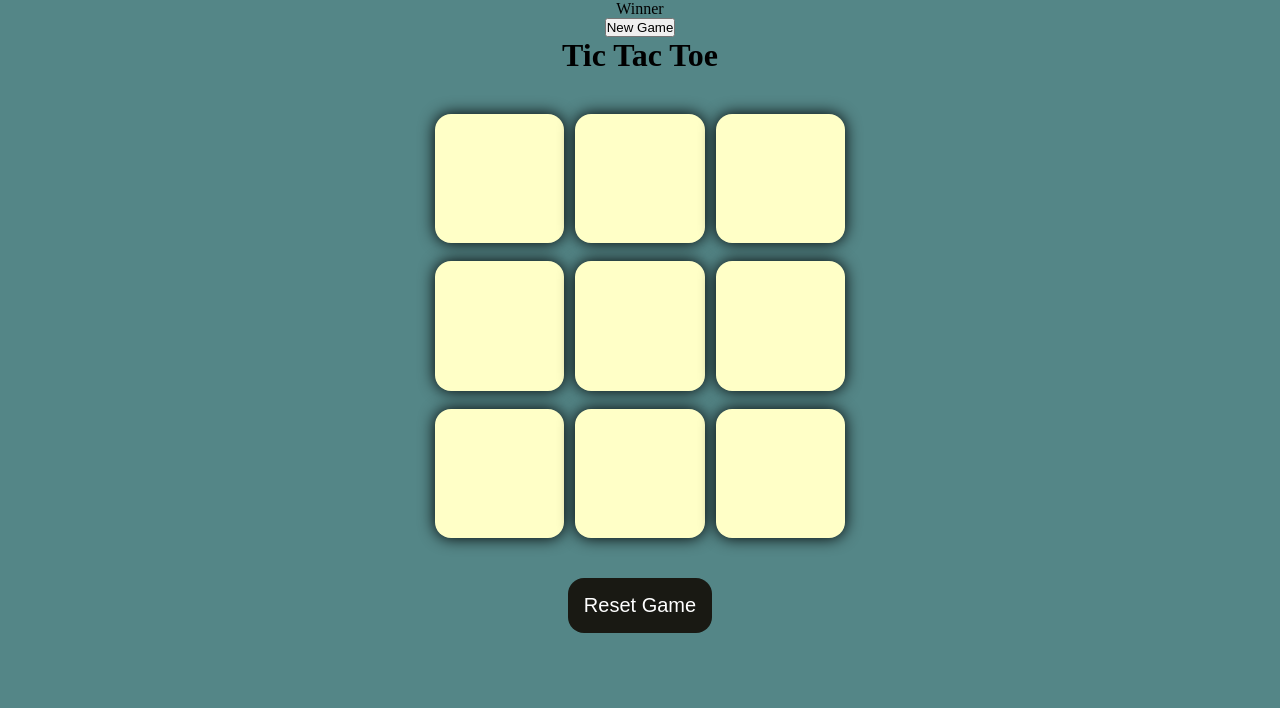
Repository: pankaj-shaw05/Tic-Tac-Toe
Page: index.html
These files come from the project's save history. The page is drawn as it stood at one moment and after the next save; the edit follows.
The browser window is 1280 px wide. The pictures show the whole page.

Above is the page before, as saved 2026-04-07 20:30:08.

### index.html
<!DOCTYPE html>
<html lang="en">
<head>
    <meta charset="UTF-8">
    <meta name="viewport" content="width=device-width, initial-scale=1.0">
    <title>Tic-Tac-Toe Game</title>
    <link rel="stylesheet" href="style.css"/>
</head>
<body>
    <div class="msg-container">
        <p id="msg">Winner</p>
        <button id="new-btn">New Game</button>
    </div>
    <main>
        <h1>Tic Tac Toe</h1>
        <div class="container">
        <div class="game">
            <button class="box"></button>
            <button class="box"></button>
            <button class="box"></button>
            <button class="box"></button>
            <button class="box"></button>
            <button class="box"></button>
            <button class="box"></button>
            <button class="box"></button>
            <button class="box"></button>
        </div>
        </div>
        <button id="reset-btn">Reset Game</button>
    </main>
    <script src="app.js"></script>
</body>
</html>

### style.css
* {
    margin: 0;
    padding: 0;

}

body {
    background-color: #548687;
    text-align: center;
}

.container {
    height: 70vh;
    display: flex;
    justify-content: center;
    align-items: center;
}

.game {
    height: 60vmin;
    width: 60vmin;
    display: flex;
    flex-wrap: wrap;
    justify-content: center;
    align-items: center;
    gap: 1.5vmin;
}

.box {
    height: 18vmin;
    width: 18vmin;
    border-radius: 1rem;
    border: none;
    box-shadow: 0 0 1rem rgba(0,0,0.3);
    font-size: 8vmin;
    color: #b0413e;
    background-color: #ffffc7;
}

#reset-btn {
    padding: 1rem;
    font-size: 1.25rem;
    background-color: #191913;
    color: #fff;
    border-radius: 1rem;
    border: none;
}

### app.js
let boxes = document.querySelectorAll(".box");
let resetBtn =document.querySelector("#reset-btn");

let turnO =true;

const winPatterns = [
    [0, 1, 2],
    [0, 3, 6],
    [0, 4, 8],
    [1, 4, 7],
    [2, 5, 8],
    [2, 4, 6],
    [3, 4, 5],
    [6, 7, 8],
];

boxes.forEach((box) => {
    box.addEventListener("click", () => {
        console.log("box was clicked");
        if(turnO) {
            box.innerText = "O";
            turnO = false;
        }else{
            box.innerText = "X";
            turnO = true;
        }
        box.disabled =true;
        checkWinner();
    });

});
const checkWinner = () => {
    for( let pattern of winPatterns) {
            let pos1val = boxes[pattern[0]].innerText
            let pos2val = boxes[pattern[1]].innerText
            let pos3val = boxes[pattern[2]].innerText

            if(pos1val !="" && pos2val !="" && pos3val != ""){
                if(pos1val === pos2val && pos2val === pos3val) {
                    console.log("winner",pos1val);
                }
            }
    }
}

After the next save:
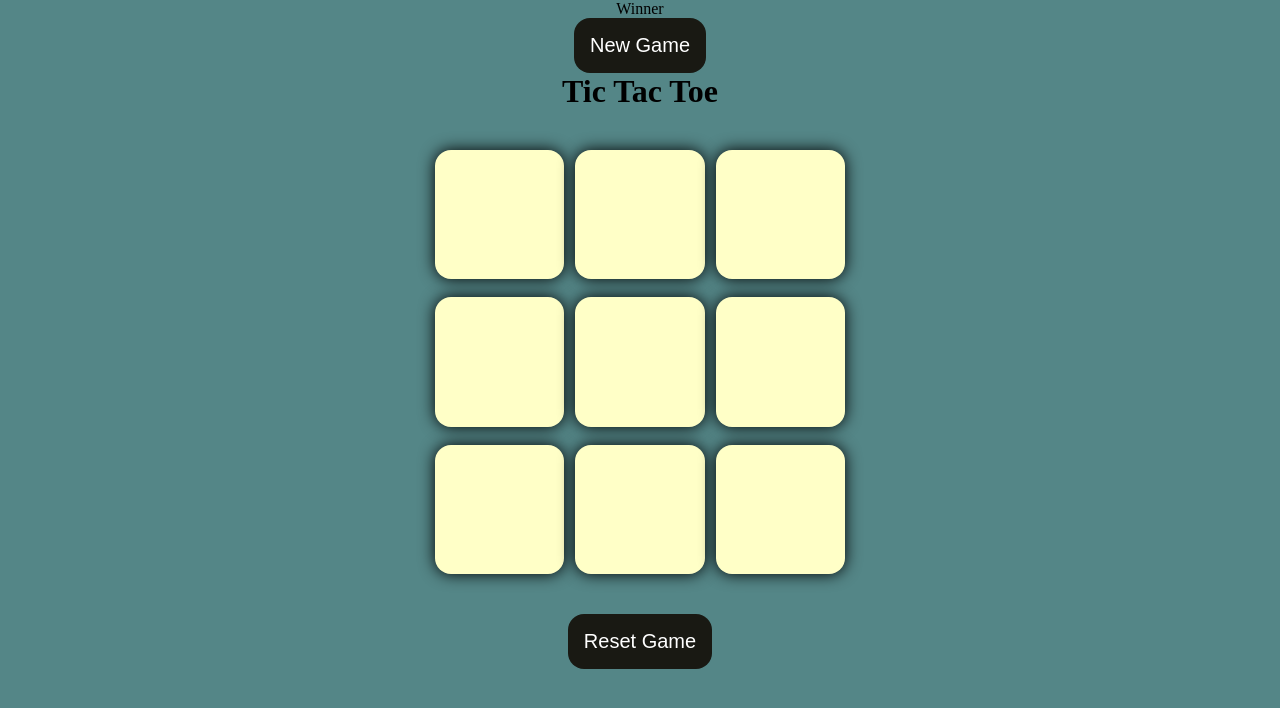
Saved 55 s later.
--- a/style.css
+++ b/style.css
@@ -45,3 +45,12 @@ body {
     border-radius: 1rem;
     border: none;
 }
+
+#new-btn {
+    padding: 1rem;
+    font-size: 1.25rem;
+    background-color: #191913;
+    color: #fff;
+    border-radius: 1rem;
+    border: none;
+}
